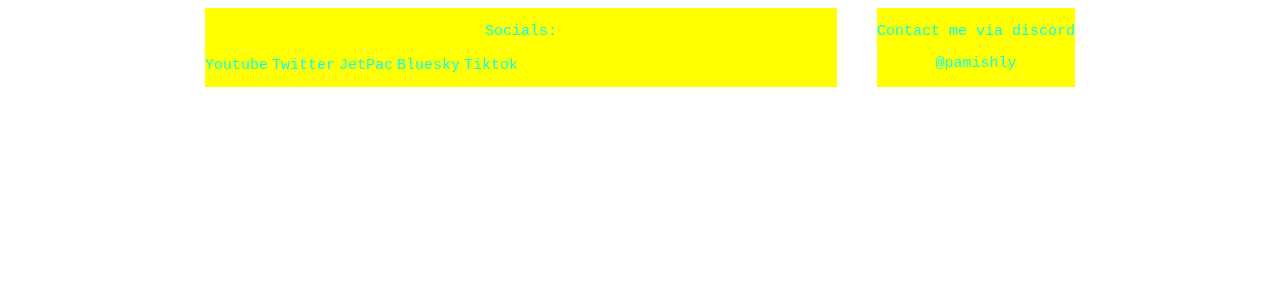
Repository: Pamishly/resources
Page: footer.html
These files come from the project's save history. The page is drawn as it stood at one moment and after the next save; the edit follows.
The browser window is 1280 px wide. The pictures show the whole page.

Above is the page before, as saved 2025-01-26 01:17:08.

### footer.html
<div id = "container">
<div id = "social">
<p>Socials:</p>
<a>Youtube</a>
<a>Twitter</a>
<a>JetPac</a>
<a>Bluesky</a>
<a>Tiktok</a>
</div>
<div id = contact>
    <p>Contact me via discord</p>
    <p>@pamishly</p>
</div>
</div>

<style>
    p, a{
        color: cyan;
        font-family: monospace;
        font-size: 15px;
        text-align: center;
    }
    #container {
        display: flex;
        justify-content: center;
        gap: 40px;
        width: 100%;
    }
    #contact {
        background: yellow;
    }
    #social {
        background: yellow;
        width:50%;
    }
</style>

After the next save:
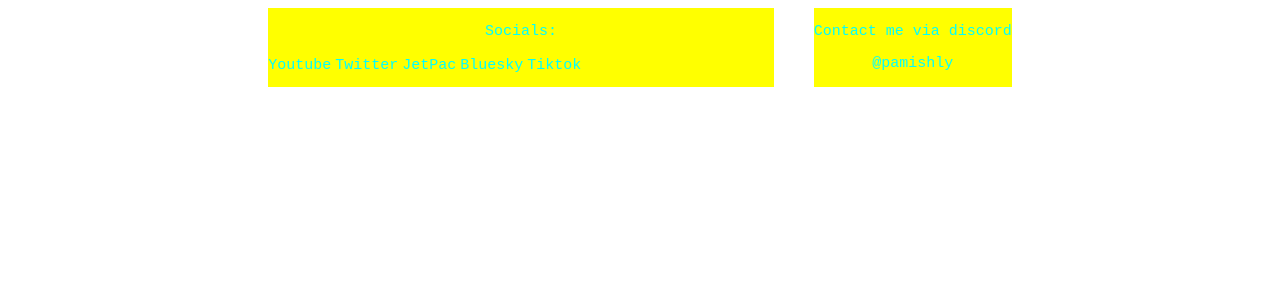
Saved 11 s later.
--- a/footer.html
+++ b/footer.html
@@ -31,6 +31,6 @@
     }
     #social {
         background: yellow;
-        width:50%;
+        width: 40%;
     }
 </style>
